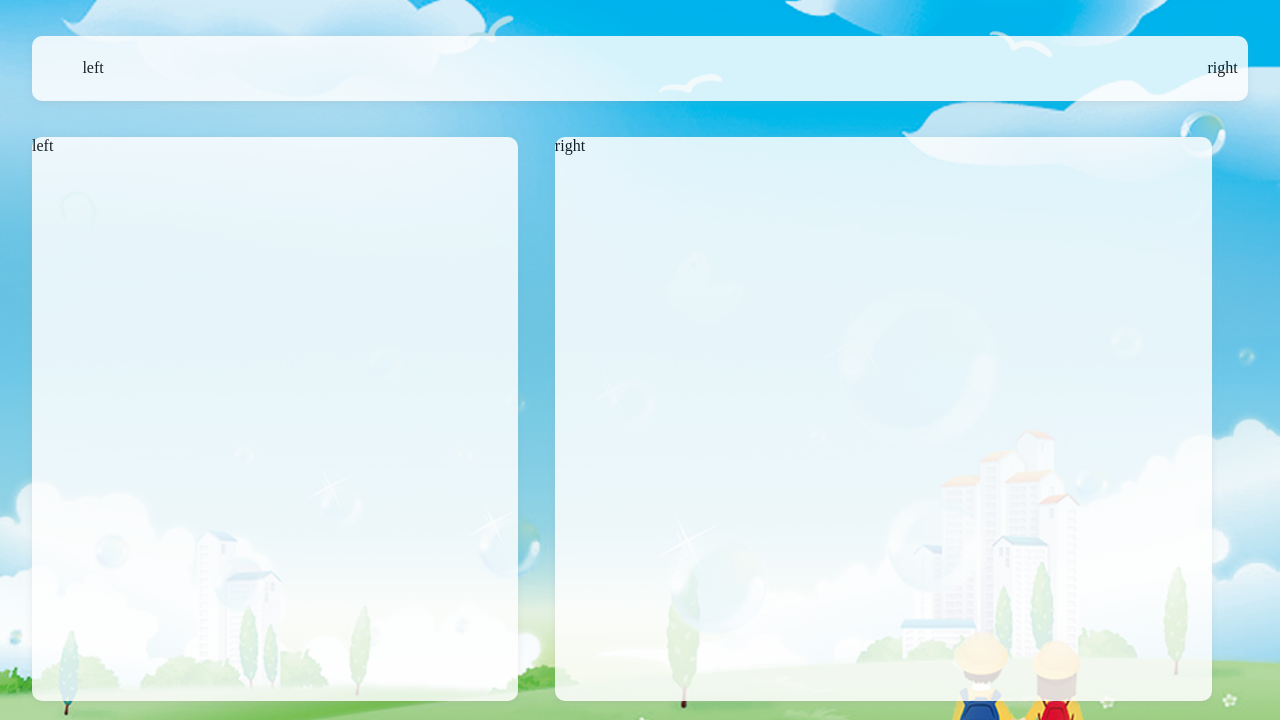
Repository: huangdesheng/classBrand
Page: / (app in classBrand/)
These files come from the project's save history. The page is drawn as it stood at one moment and after the next save; the edit follows.
The browser window is 1280 px wide. The pictures show the whole page.
The project was rebuilt for these pictures with package versions that can differ from the ones it lists, and the page was loaded fresh each time.

Above is the page before, as saved 2019-08-23 09:54:10.

After the next save:
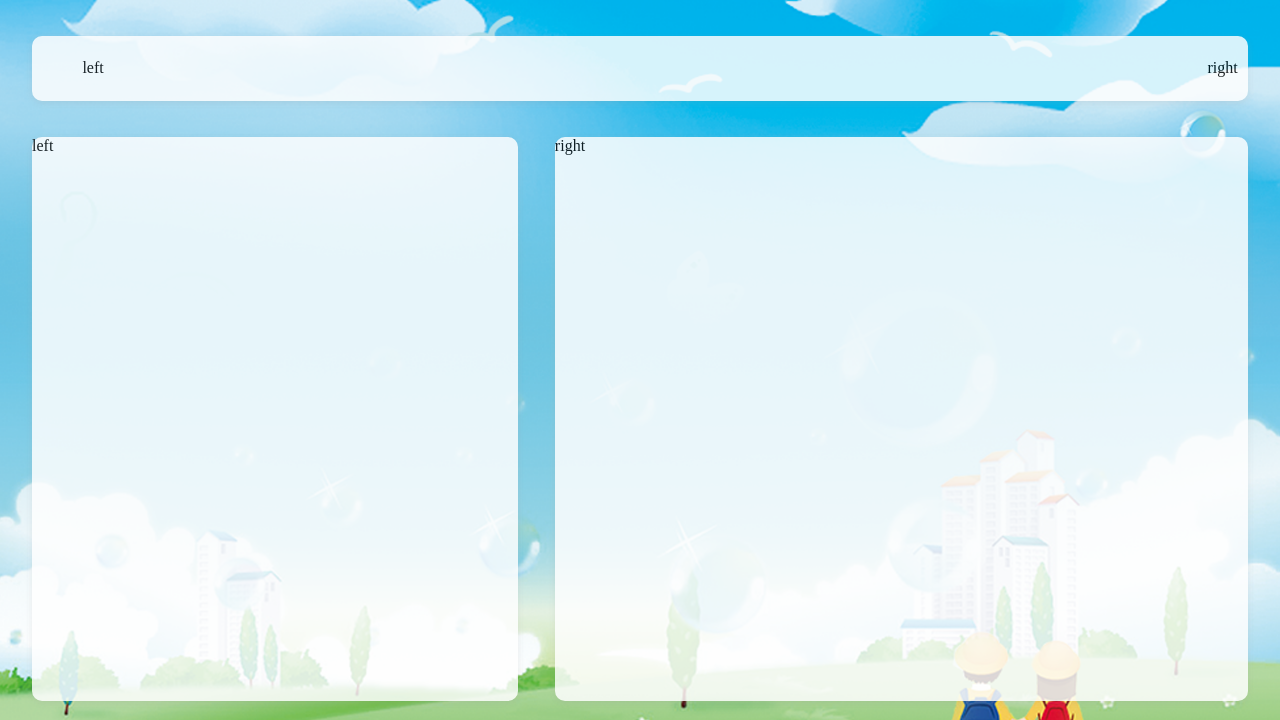
Saved 11 s later.
--- a/classBrand/src/views/index/index.vue
+++ b/classBrand/src/views/index/index.vue
@@ -61,7 +61,6 @@ export default {};
       }
       &:nth-of-type(2) {
         flex: 1;
-        margin-right: 3%;
       }
     }
   }
